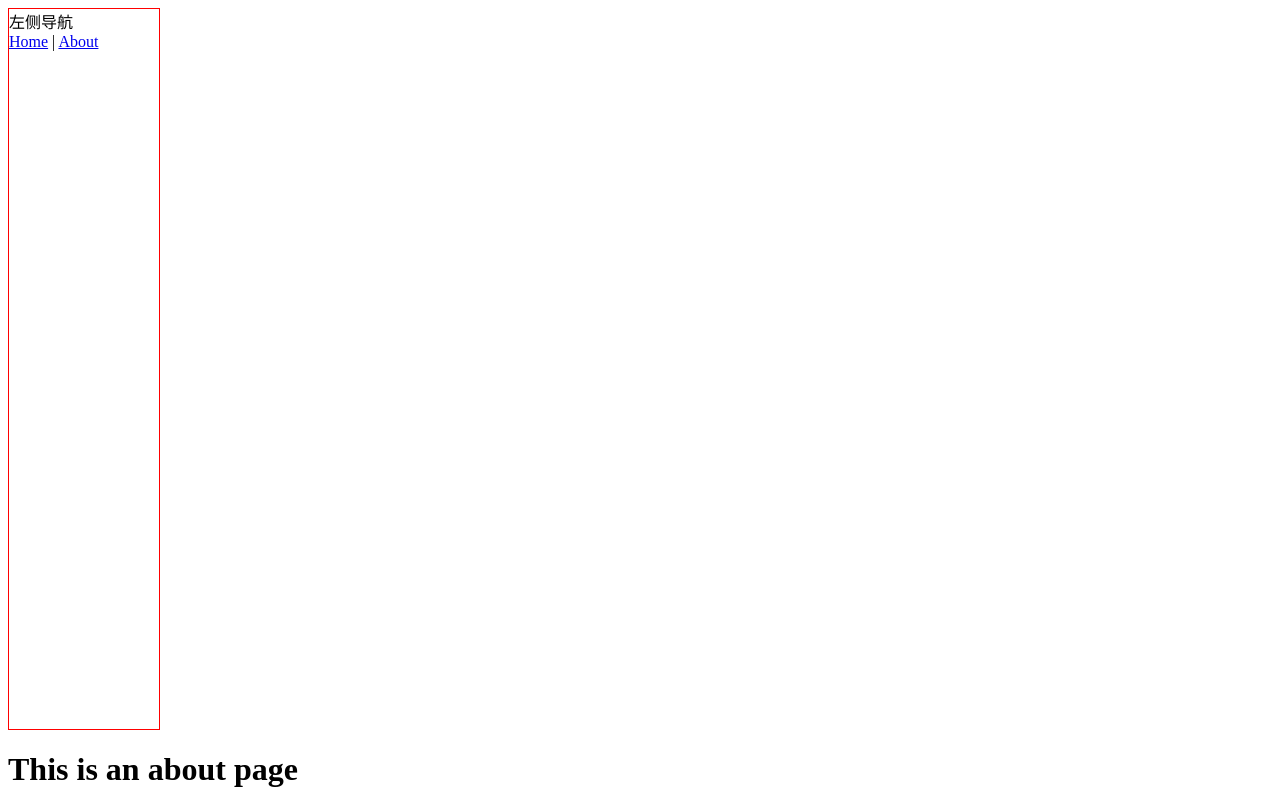
Repository: hanjinning/basicVueProject
Page: /About
These files come from the project's save history. The page is drawn as it stood at one moment and after the next save; the edit follows.
The browser window is 1280 px wide. The page is 1280 px wide, then 1282 px, so the pictures cover 1282 px, including what lies to the right of the window. The pictures show the whole page.
The page's requests for data from a server got no answer. The project was rebuilt for these pictures with package versions that can differ from the ones it lists, and the page was loaded fresh each time. No one was signed in, and anything a server would have sent is missing. Also part of the build but not shown: vue.config.js, src/components/HelloWorld.vue, src/views/Home.vue.

Above is the page before, as saved 2021-03-18 10:57:26.

After the next save:
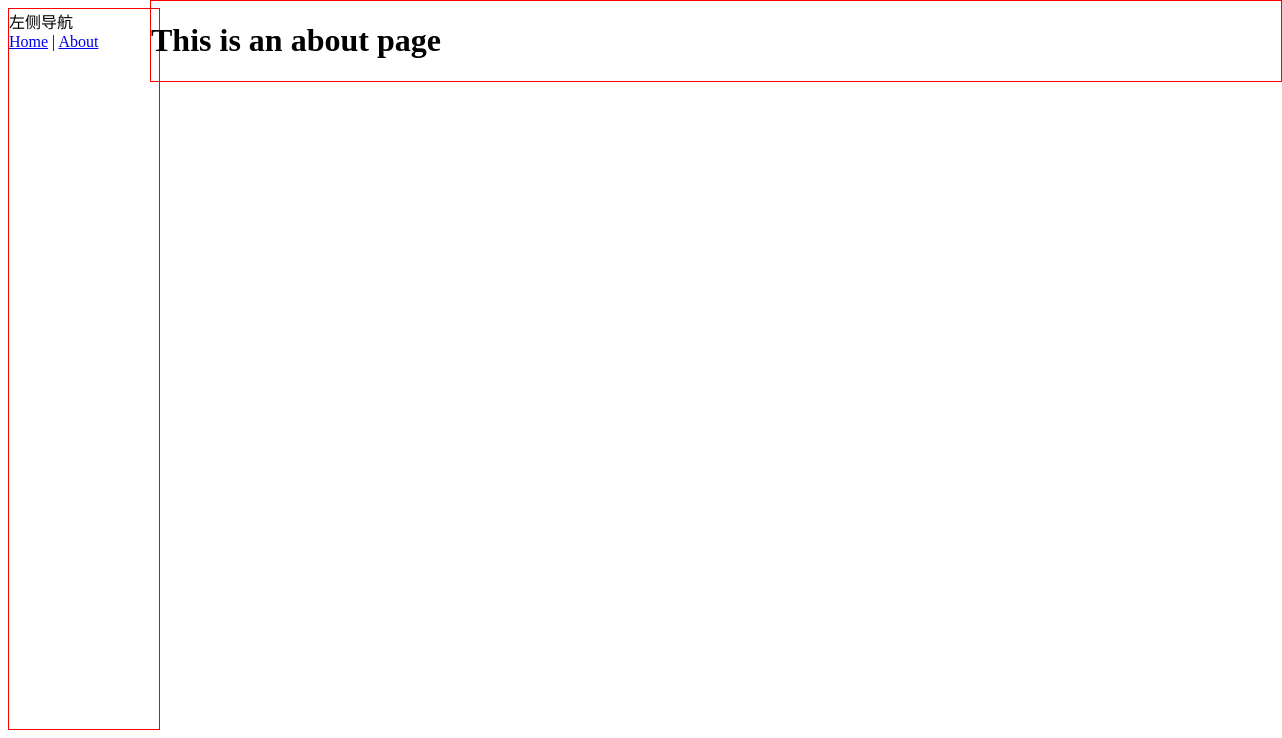
Saved 9 s later.
--- a/src/views/About.vue
+++ b/src/views/About.vue
@@ -6,6 +6,10 @@
 
 <style lang="scss" scoped>
 .about{
-
+width: calc(100% - 150px);
+    border: 1px solid red;
+    position: absolute;
+    left: 150px;
+    top: 0px;
 }
 </style>
